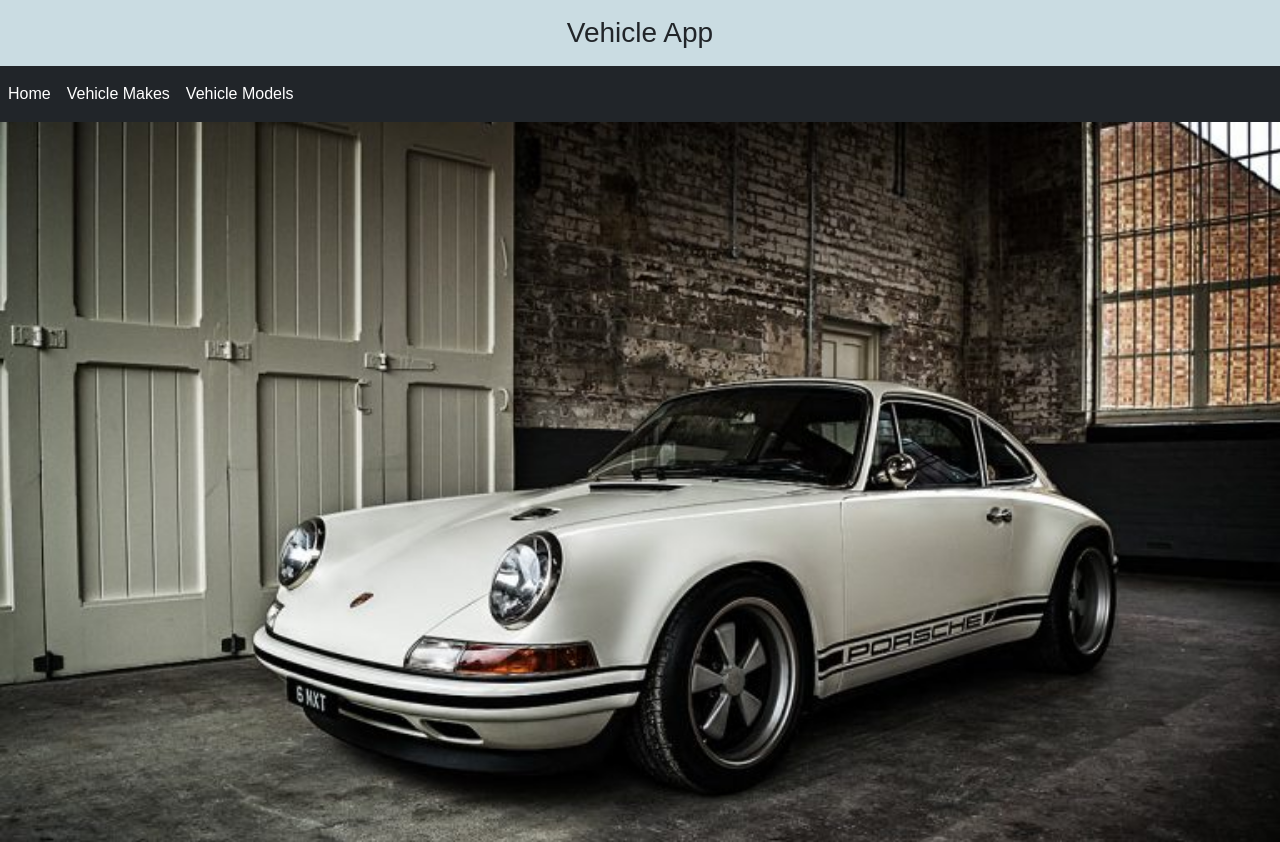
Repository: magdalenarajic/VehicleFrontend
Page: /
An editor plug-in stored every save of this project. The page is shown before and after the next save, followed by the edit.
The browser window is 1280 px wide. The pictures show the whole page.
The project was rebuilt for these pictures with package versions that can differ from the ones it lists, and the page was loaded fresh each time. Also part of the build but not shown: src/services/makeService.js, src/stores/makeStore.js, src/components/VehicleMake.js, src/services/modelService.js, src/stores/modelStore.js, src/components/VehicleModel.js.

Above is the page before, as saved 2023-03-10 12:31:01.

### public/index.html
<!DOCTYPE html>
<html lang="en">
  <head>
    <meta charset="utf-8" />
    <link rel="icon" href="%PUBLIC_URL%/favicon.ico" />
    <meta name="viewport" content="width=device-width, initial-scale=1" />
    <meta name="theme-color" content="#000000" />
    <meta
      name="description"
      content="Web site created using create-react-app"
    />
    <link rel="apple-touch-icon" href="%PUBLIC_URL%/logo192.png" />
    <!--
      manifest.json provides metadata used when your web app is installed on a
      user's mobile device or desktop. See https://developers.google.com/web/fundamentals/web-app-manifest/
    -->
    <link rel="manifest" href="%PUBLIC_URL%/manifest.json" />
    <!--
      Notice the use of %PUBLIC_URL% in the tags above.
      It will be replaced with the URL of the `public` folder during the build.
      Only files inside the `public` folder can be referenced from the HTML.

      Unlike "/favicon.ico" or "favicon.ico", "%PUBLIC_URL%/favicon.ico" will
      work correctly both with client-side routing and a non-root public URL.
      Learn how to configure a non-root public URL by running `npm run build`.
    -->
    <link
  rel="stylesheet"
  href="https://cdn.jsdelivr.net/npm/bootstrap@5.2.3/dist/css/bootstrap.min.css"
  integrity="sha384-rbsA2VBKQhggwzxH7pPCaAqO46MgnOM80zW1RWuH61DGLwZJEdK2Kadq2F9CUG65"
  crossorigin="anonymous"
/>
    <title>React App</title>
  </head>
  <body>
    <noscript>You need to enable JavaScript to run this app.</noscript>
    <div id="root"></div>
    <!--
      This HTML file is a template.
      If you open it directly in the browser, you will see an empty page.

      You can add webfonts, meta tags, or analytics to this file.
      The build step will place the bundled scripts into the <body> tag.

      To begin the development, run `npm start` or `yarn start`.
      To create a production bundle, use `npm run build` or `yarn build`.
    -->
  </body>
</html>

### src/index.css
body {
  background-color: rgb(202, 220, 226);
  font-family: -apple-system, BlinkMacSystemFont, 'Segoe UI', 'Roboto', 'Oxygen',
    'Ubuntu', 'Cantarell', 'Fira Sans', 'Droid Sans', 'Helvetica Neue',
    sans-serif;
}

code {
  font-family: source-code-pro, Menlo, Monaco, Consolas, 'Courier New',
    monospace;
}

### src/App.js
import './App.css';
import { Home } from './components/Home';
import VehicleMake  from './components/VehicleMake';
import {Navigation} from './components/Navigation';
import VehicleModel from './components/VehicleModel';

import {BrowserRouter, Route, Routes} from 'react-router-dom';

function App() {
  return (
    <BrowserRouter>
    <div >
    <header>
      <h3 className="m-3 d-flex justify-content-center">
        Vehicle App
      </h3>
      </header>
      <div>
      <Navigation/>
       <Routes>
        <Route path='/' element={<Home/>} />
        <Route path='/Makes' element={<VehicleMake/>} />
        <Route path='/Models' element={<VehicleModel/>} />
       </Routes>
    </div>
    </div>
    </BrowserRouter>
  );
}

export default App;

### src/App.css
.App {
  text-align: center;
}
body {
  font-family: Arial;
}

### src/components/Home.js
import React, {Component} from 'react';
import image from '../img/photo1.jpg';

export class Home extends Component{

    render(){
      const styleImage = {
        backgroundImage:`url(${image})` ,
        backgroundPosition: 'center',
        backgroundSize: 'cover',
        backgroundRepeat: 'no-repeat',
        width: '1000',
        height: '100vh'
      }
          return(
            <div style={styleImage}>

            </div>
          )
    }
}

### src/components/Navigation.js
import React, { Component } from "react";
import { Navbar, Nav } from "react-bootstrap";

export class Navigation extends Component {
  render() {
    return (
      <Navbar bg="dark" variant="dark">
        <Nav variant="pills" className="me-auto" >
          <Nav.Link className="d-inline p-2 text-white " href="/">
            Home
          </Nav.Link>
          <Nav.Link className="d-inline p-2 text-white" href="/makes">
            Vehicle Makes
          </Nav.Link>
          <Nav.Link className="d-inline p-2 text-white" href="/models">
            Vehicle Models
          </Nav.Link>
        </Nav>
      </Navbar>
    );
  }
}

Loaded but not shown: src/index.js (common file); src/reportWebVitals.js (common file)

After the next save:
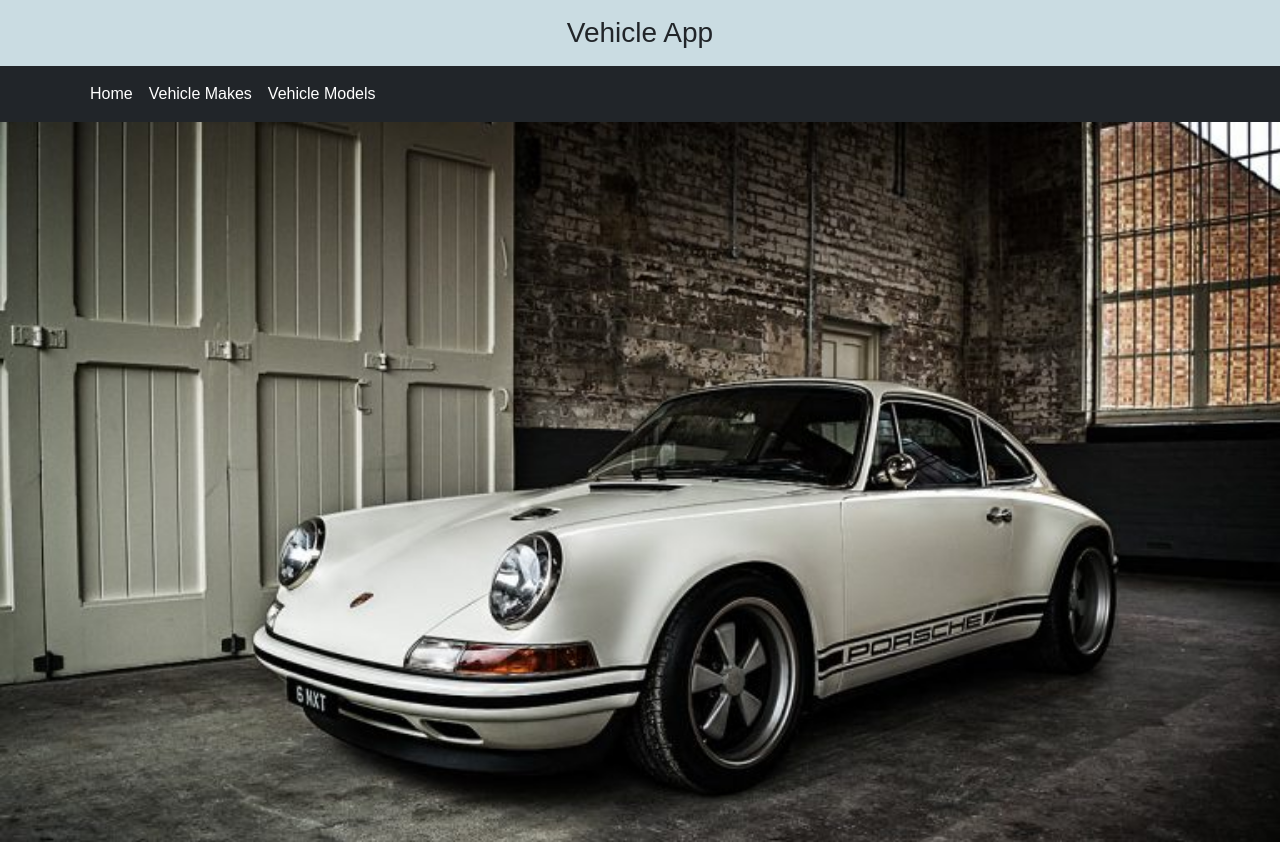
Saved 62 s later.
--- a/src/components/Navigation.js
+++ b/src/components/Navigation.js
@@ -1,10 +1,12 @@
 import React, { Component } from "react";
-import { Navbar, Nav } from "react-bootstrap";
+import { Navbar, Nav , Container} from "react-bootstrap";
+
 
 export class Navigation extends Component {
   render() {
     return (
       <Navbar bg="dark" variant="dark">
+      <Container>
         <Nav variant="pills" className="me-auto" >
           <Nav.Link className="d-inline p-2 text-white " href="/">
             Home
@@ -16,6 +18,7 @@
             Vehicle Models
           </Nav.Link>
         </Nav>
+        </Container>
       </Navbar>
     );
   }
